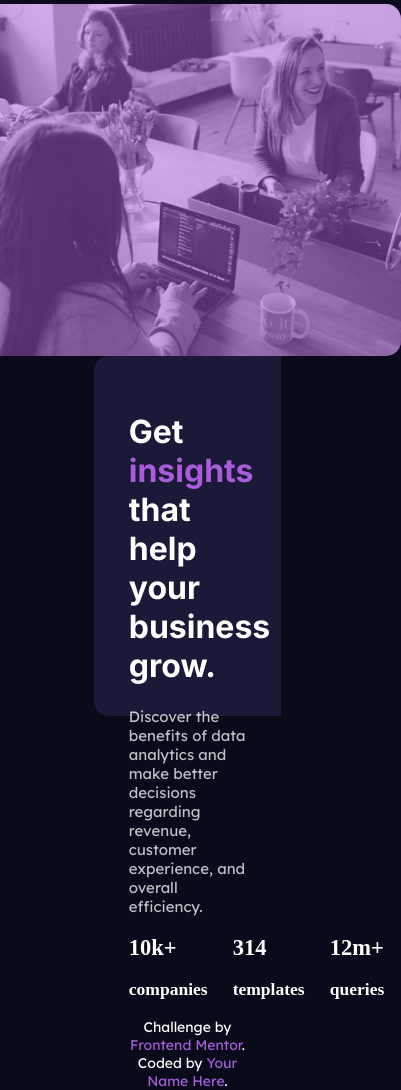
Repository: wasanmsn/Card_Challange
Page: index.html
The author's editor kept a copy of each file at every save. The page is drawn from the files as they stood at one save, then again after the next save.
The browser window is 375 px wide. The page is 401 px wide, so the pictures cover 401 px, including what lies to the right of the window. The pictures show the whole page.

Above is the page before, as saved 2021-07-21 17:13:58.

After the next save:
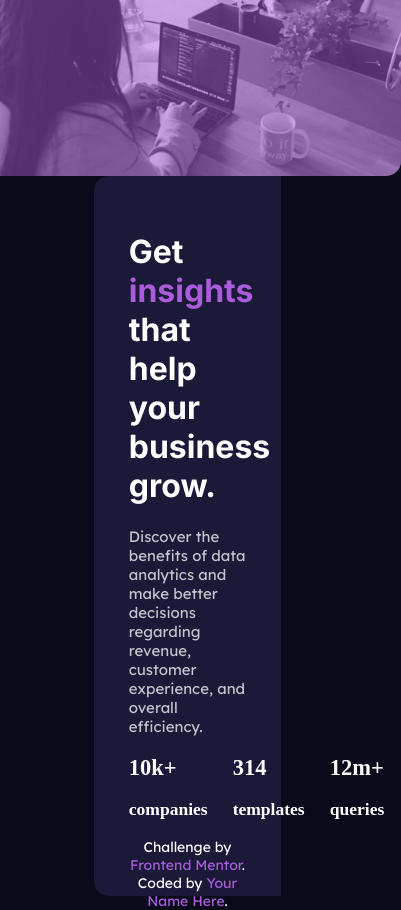
Saved 6 s later.
--- a/stylesheet.css
+++ b/stylesheet.css
@@ -114,7 +114,7 @@ span {
         display: flex;
         flex-direction: column;
         justify-content: space-between;
-        height: 50%;
+        height: 100%;
         border-radius: 15px 0 0 15px;
         background-color: hsl(244, 38%, 16%);
 
